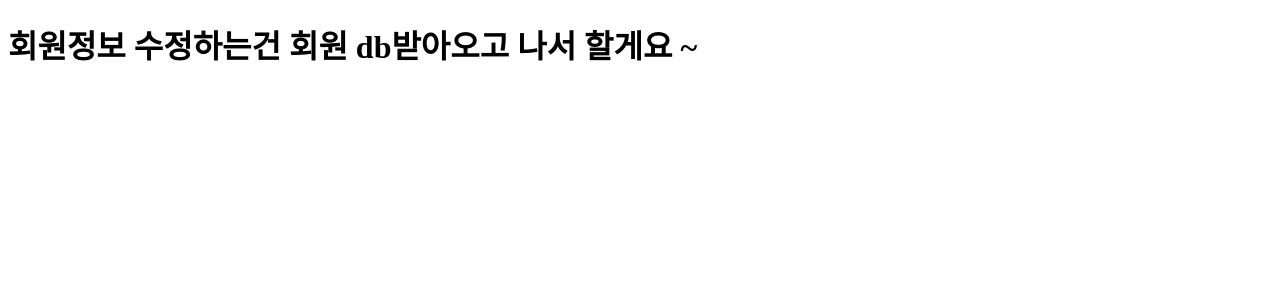
Repository: tnal465/javapj
Page: mergeproject/src/main/webapp/WEB-INF/views/user/userEditForm.html
The author's editor kept a copy of each file at every save. The page is drawn from the files as they stood at one save, then again after the next save.
The browser window is 1280 px wide. The pictures show the whole page.

Above is the page before, as saved 2025-03-07 17:04:25.

After the next save:
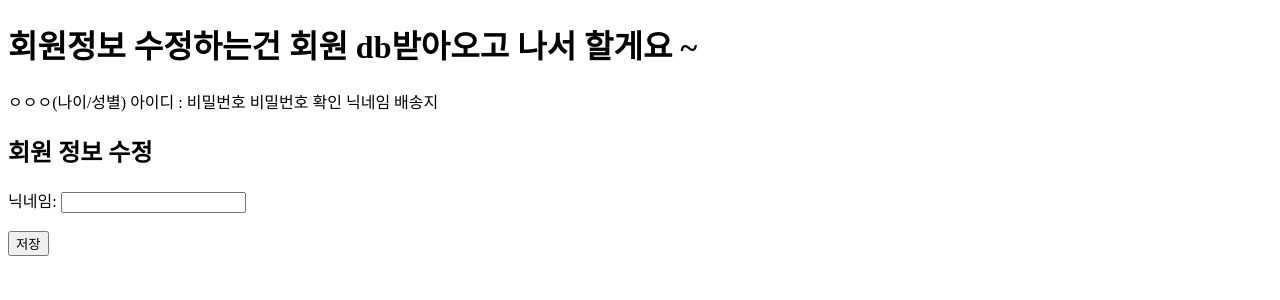
Saved 2 min 1 s later.
--- a/mergeproject/src/main/webapp/WEB-INF/views/user/userEditForm.html
+++ b/mergeproject/src/main/webapp/WEB-INF/views/user/userEditForm.html
@@ -6,5 +6,19 @@
 </head>
 <body>
 <h1>회원정보 수정하는건 회원 db받아오고 나서 할게요 ~</h1>
+ㅇㅇㅇ(나이/성별)
+아이디 :
+비밀번호
+비밀번호 확인
+닉네임
+배송지
+<h2>회원 정보 수정</h2>
+    <form id="editForm" action="/user/save" method="post">
+        <label for="nickname">닉네임:</label>
+        <input type="text" id="nickname" name="nickname" required>
+        <br><br>
+        <button type="submit">저장</button> <!-- 저장 버튼, 클릭 시 submit -->
+    </form>
+
 </body>
 </html>
